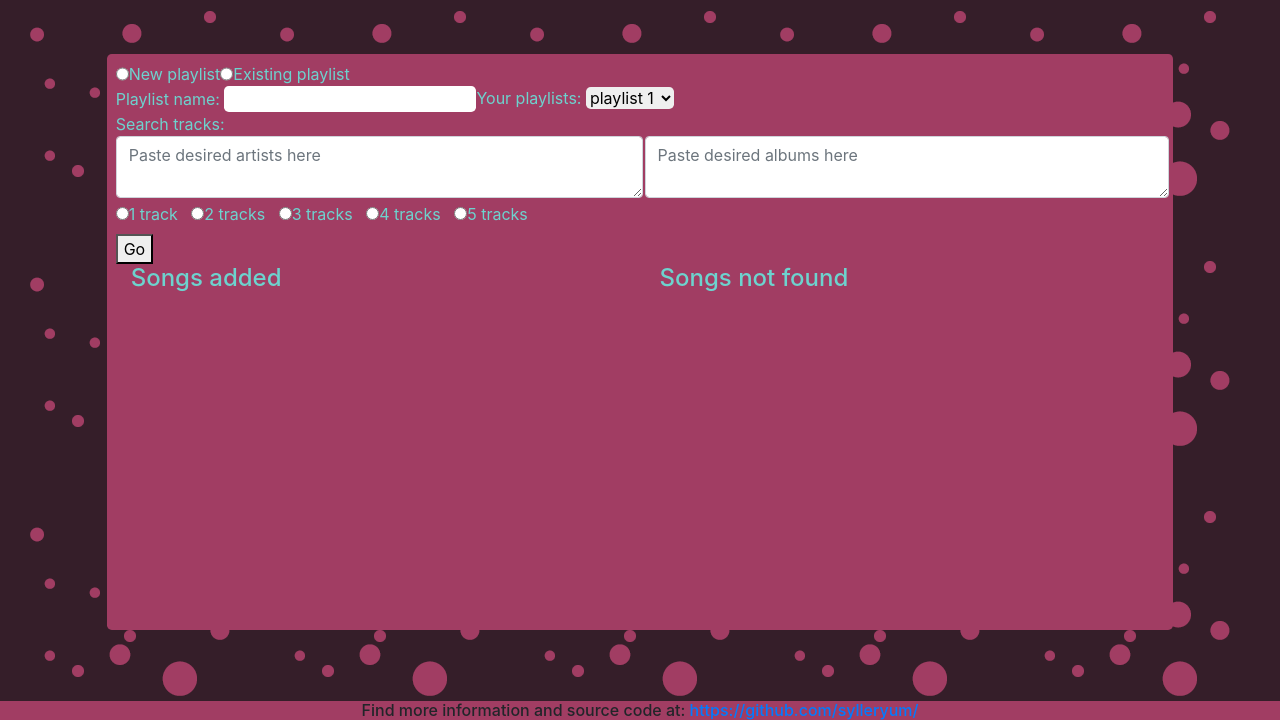
Repository: sylleryum/Frontend
Page: GetTopTracks/index.html
An editor plug-in stored every save of this project. The page is shown before and after a run of saves, followed by the edit.
The browser window is 1280 px wide. The pictures show the whole page.

Above is the page before, as saved 2019-10-13 17:35:50.

### GetTopTracks/index.html
<!doctype html>
<html lang="en">

<head>
     <title>Get top tracks from Artists and albums</title>
     <!-- Required meta tags -->
     <meta charset="utf-8">
     <meta name="viewport" content="width=device-width, initial-scale=1, shrink-to-fit=no">

     <!-- Bootstrap CSS -->
     <link rel="stylesheet" href="https://stackpath.bootstrapcdn.com/bootstrap/4.3.1/css/bootstrap.min.css"
          integrity="sha384-ggOyR0iXCbMQv3Xipma34MD+dH/1fQ784/j6cY/iJTQUOhcWr7x9JvoRxT2MZw1T" crossorigin="anonymous">

     <!-- main CSS-->
     <link rel="stylesheet" href="style.css">

</head>

<body class="background-master">
     <form action="searchTrack" id="submit-btn" onsubmit="return validation()">
          <div class="container-fluid h-95">
               <div class="row align-items-center justify-content-center h-95">
                    <div class="h-80 col col-md-10 bg-4 text-1 rounded-lg pl-4 pt-2 overflow-auto  id="
                         internal-container">
                         <div class="row main-select">
                              <input type="radio" id="rNew" name="playlistRadio" value="new"
                                   onchange="radioChecker()">New
                              playlist
                              <input type="radio" id="rExisting" name="playlistRadio" value="existing"
                                   onchange="radioChecker()">Existing
                              playlist
                         </div>
                         <div class="row main-playlist">
                              <div id="new-playlist" class="block-style">
                                   Playlist name: <input type="text" class="rounded-lg border-0" id="playlistName"
                                        name="playlistName" />
                              </div>
                              <div id="existing-playlist" class="block-style">
                                   <span>Your playlists:</span>
                                   <select name="selectPlaylist" class="rounded-lg border-0">
                                        <option>playlist 1</option>
                                        <option>playlist 2</option>
                                        <option>playlist 3</option>
                                        <option>playlist 4</option>
                                        <!-- <c:forEach var="items" items="${playlists}">
                                        <option value="${items.getId()}">${items.getName()}</option>
                                   </c:forEach> -->
                                   </select>
                              </div>
                         </div>
                         <div class="row">
                              Search tracks:
                         </div>
                         <div class="row main-textarea form-group pr-1 mb-0">
                              <div class="col-md-6 p-0 mb-1">
                                   <textarea class="textarea-search form-control md-textarea" id="searchNameArtist"
                                        name="searchNameArtist" placeholder="Paste desired artists here"></textarea>
                              </div>
                              <div class="col-md-6 p-0 small-padding">
                                   <textarea class="textarea-search form-control md-textarea" id="searchNameAlbum"
                                        name="searchNameAlbum" placeholder="Paste desired albums here"></textarea>
                              </div>
                         </div>
                         <div class="row track-amount">
                              <label><input type="radio" id="rAmount1" name="playlistRadio" value="rAmount2"
                                        onchange="">1 track&nbsp;&nbsp;&nbsp;</label>
                              <label><input type="radio" id="rAmount2" name="playlistRadio" value="rAmount2"
                                        onchange="">2 tracks&nbsp;&nbsp;&nbsp;</label>
                              <label><input type="radio" id="rAmount3" name="playlistRadio" value="rAmount3"
                                        onchange="">3 tracks&nbsp;&nbsp;&nbsp;</label>
                              <label><input type="radio" id="rAmount4" name="playlistRadio" value="rAmount4"
                                        onchange="">4 tracks&nbsp;&nbsp;&nbsp;</label>
                              <label><input type="radio" id="rAmount5" name="playlistRadio" value="rAmount4"
                                        onchange="">5 tracks&nbsp;&nbsp;&nbsp;</label>
                         </div>
                         <div class="row main-go">
                              <button type="submit" id="submit-button">
                                   Go
                              </button>
                         </div>

                         <div class="row results-menu">
                              <div class="success col-md-6">
                                   <h4>Songs added</h4>

                              </div>
                              <div class="failure col-md-6">
                                   <h4>Songs not found</h4>

                              </div>
                         </div>

                    </div>

               </div>
          </div>
          </div>
     </form>
     <footer class="text-center m-0 p-0 bg-4 footer-clear">
          <h6 class="p-0 m-0 text-w">Find more information and source code at: <a href="https://github.com/sylleryum/">
                    https://github.com/sylleryum/</a></h6>

     </footer>







     <!-- Optional JavaScript -->
     <!-- jQuery first, then Popper.js, then Bootstrap JS -->
     <script src="https://code.jquery.com/jquery-3.3.1.slim.min.js"
          integrity="sha384-q8i/X+965DzO0rT7abK41JStQIAqVgRVzpbzo5smXKp4YfRvH+8abtTE1Pi6jizo"
          crossorigin="anonymous"></script>
     <script src="https://cdnjs.cloudflare.com/ajax/libs/popper.js/1.14.7/umd/popper.min.js"
          integrity="sha384-UO2eT0CpHqdSJQ6hJty5KVphtPhzWj9WO1clHTMGa3JDZwrnQq4sF86dIHNDz0W1"
          crossorigin="anonymous"></script>
     <script src="https://stackpath.bootstrapcdn.com/bootstrap/4.3.1/js/bootstrap.min.js"
          integrity="sha384-JjSmVgyd0p3pXB1rRibZUAYoIIy6OrQ6VrjIEaFf/nJGzIxFDsf4x0xIM+B07jRM"
          crossorigin="anonymous"></script>
</body>

</html>

### GetTopTracks/style.css
.footer-clear {
     width: 100%;
     position: fixed;
     bottom: 0%;
}

.background-master {
     background: url(images/bb.png) repeat;
}

.h-100 {
     min-height: 100vh;
}

.h-95 {
     min-height: 95vh;
}

.h-80 {
     min-height: 80vh;
     max-height: 90vh;
}

.bg-1 {
     background: #6dd3ce!important
}

.bg-2 {
     background: #c8e9a0!important
}

.bg-3 {
     background: #f7a278!important
}

.bg-4 {
     background: #a13d63!important
}

.bg-5 {
     background: #351e29!important
}

.text-1 {
     color: #6dd3ce!important
}

.text-2 {
     color: #c8e9a0!important
}

.text-3 {
     color: #f7a278!important
}

.text-4 {
     color: #a13d63!important
}

.text-5 {
     color: #351e29!important
}

@media screen and (min-width: 767px) {
     .small-padding {
          padding-left: 2px!important;
     }
}

After the next 2 saves:
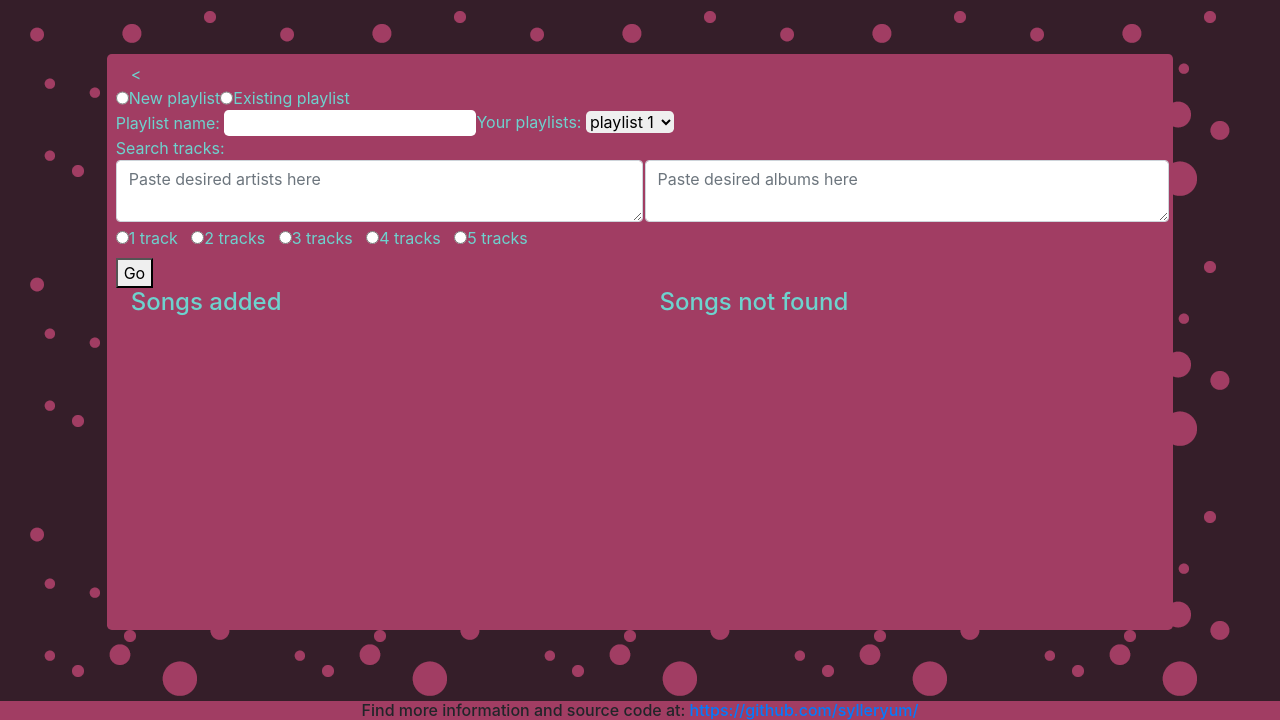
The 2 saves are shown as one change because they came seconds apart.
The last was saved 17 s later.
--- a/GetTopTracks/index.html
+++ b/GetTopTracks/index.html
@@ -20,8 +20,7 @@
      <form action="searchTrack" id="submit-btn" onsubmit="return validation()">
           <div class="container-fluid h-95">
                <div class="row align-items-center justify-content-center h-95">
-                    <div class="h-80 col col-md-10 bg-4 text-1 rounded-lg pl-4 pt-2 overflow-auto  id="
-                         internal-container">
+                    <div class="h-80 col col-md-10 bg-4 text-1 rounded-lg pl-4 pt-2 overflow-auto  id="internal-container"><
                          <div class="row main-select">
                               <input type="radio" id="rNew" name="playlistRadio" value="new"
                                    onchange="radioChecker()">New
@@ -62,16 +61,11 @@
                               </div>
                          </div>
                          <div class="row track-amount">
-                              <label><input type="radio" id="rAmount1" name="playlistRadio" value="rAmount2"
-                                        onchange="">1 track&nbsp;&nbsp;&nbsp;</label>
-                              <label><input type="radio" id="rAmount2" name="playlistRadio" value="rAmount2"
-                                        onchange="">2 tracks&nbsp;&nbsp;&nbsp;</label>
-                              <label><input type="radio" id="rAmount3" name="playlistRadio" value="rAmount3"
-                                        onchange="">3 tracks&nbsp;&nbsp;&nbsp;</label>
-                              <label><input type="radio" id="rAmount4" name="playlistRadio" value="rAmount4"
-                                        onchange="">4 tracks&nbsp;&nbsp;&nbsp;</label>
-                              <label><input type="radio" id="rAmount5" name="playlistRadio" value="rAmount4"
-                                        onchange="">5 tracks&nbsp;&nbsp;&nbsp;</label>
+                              <label><input type="radio" id="rAmount1" name="playlistRadio" value="rAmount2" onchange="">1 track&nbsp;&nbsp;&nbsp;</label>
+                              <label><input type="radio" id="rAmount2" name="playlistRadio" value="rAmount2" onchange="">2 tracks&nbsp;&nbsp;&nbsp;</label>
+                              <label><input type="radio" id="rAmount3" name="playlistRadio" value="rAmount3" onchange="">3 tracks&nbsp;&nbsp;&nbsp;</label>
+                              <label><input type="radio" id="rAmount4" name="playlistRadio" value="rAmount4" onchange="">4 tracks&nbsp;&nbsp;&nbsp;</label>
+                              <label><input type="radio" id="rAmount5" name="playlistRadio" value="rAmount4" onchange="">5 tracks&nbsp;&nbsp;&nbsp;</label>
                          </div>
                          <div class="row main-go">
                               <button type="submit" id="submit-button">
@@ -93,7 +87,7 @@
                     </div>
 
                </div>
-          </div>
+
           </div>
      </form>
      <footer class="text-center m-0 p-0 bg-4 footer-clear">

After the save that followed:
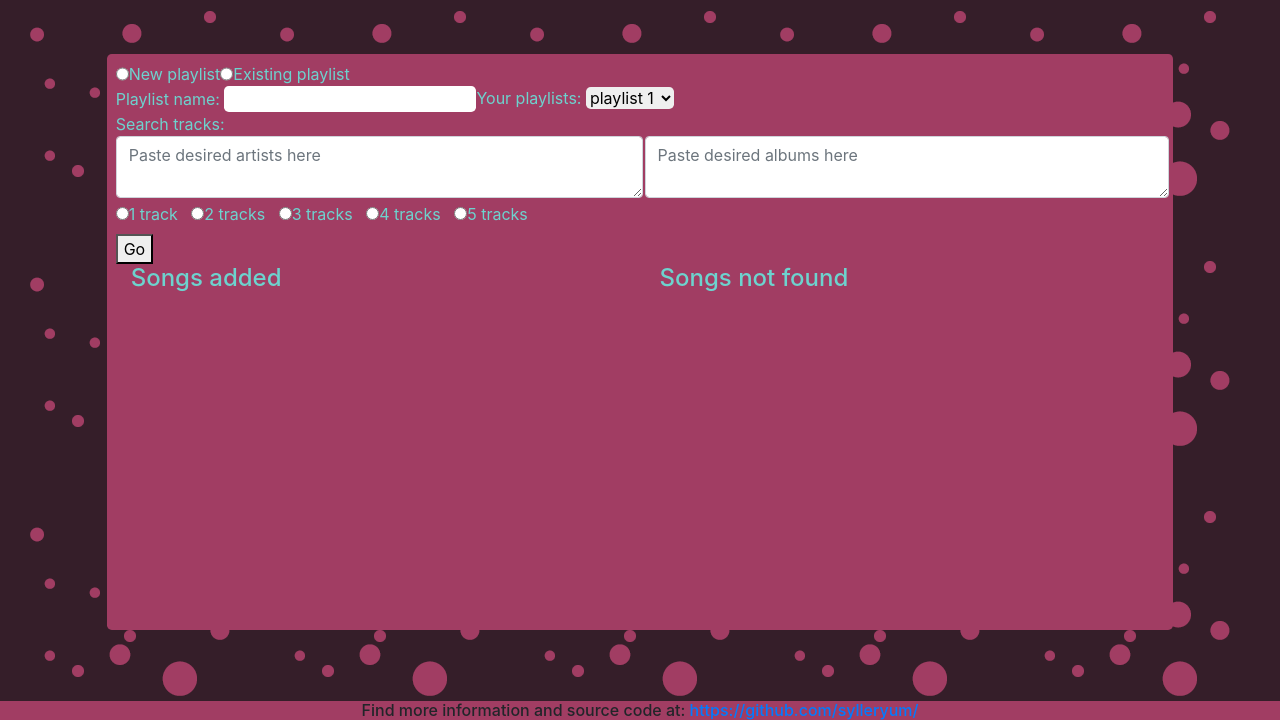
Saved 4 s later.
--- a/GetTopTracks/index.html
+++ b/GetTopTracks/index.html
@@ -20,7 +20,7 @@
      <form action="searchTrack" id="submit-btn" onsubmit="return validation()">
           <div class="container-fluid h-95">
                <div class="row align-items-center justify-content-center h-95">
-                    <div class="h-80 col col-md-10 bg-4 text-1 rounded-lg pl-4 pt-2 overflow-auto  id="internal-container"><
+                    <div class="h-80 col col-md-10 bg-4 text-1 rounded-lg pl-4 pt-2 overflow-auto  id="internal-container">
                          <div class="row main-select">
                               <input type="radio" id="rNew" name="playlistRadio" value="new"
                                    onchange="radioChecker()">New
